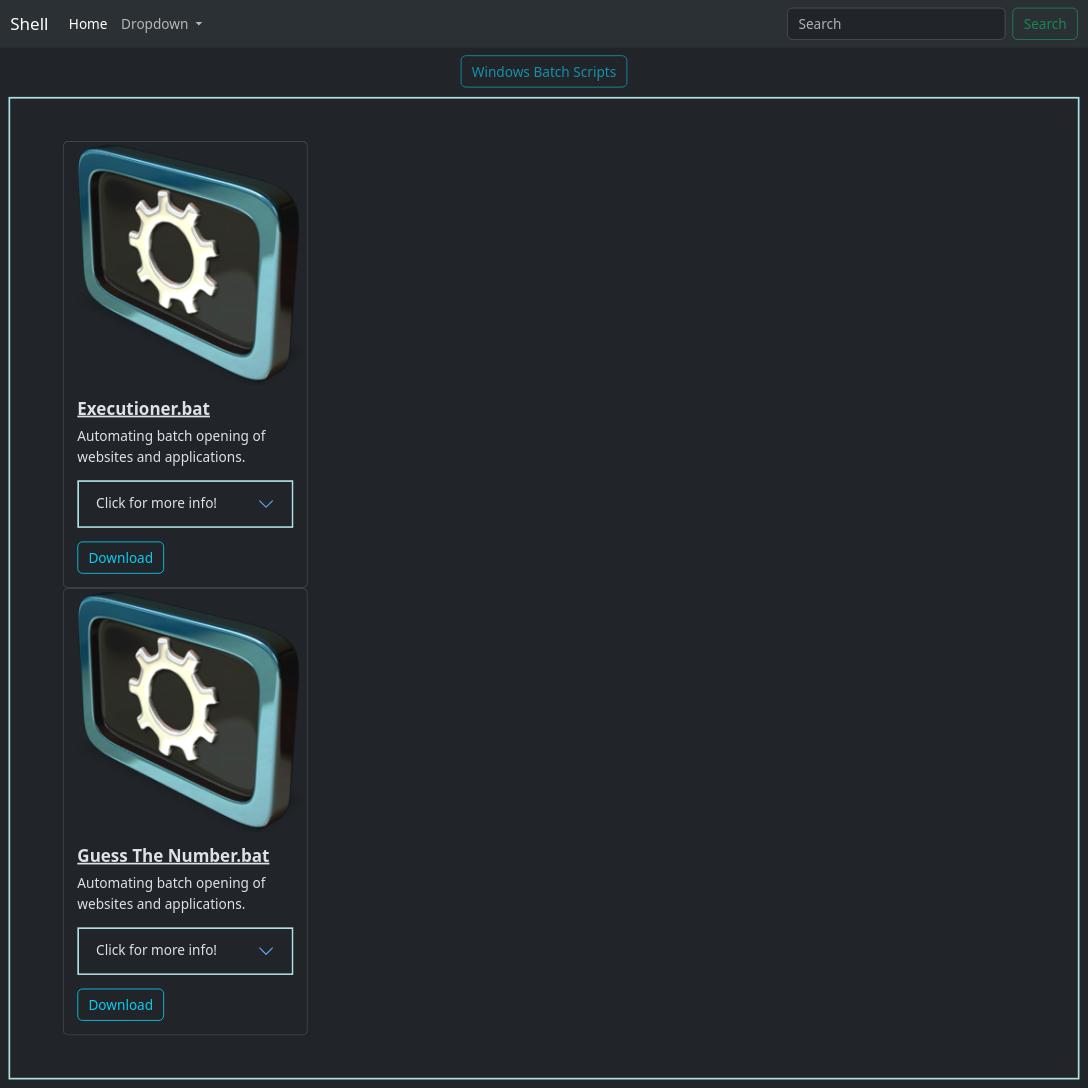
Repository: VictoriousMango/Archive
Page: index.html
The author's editor kept a copy of each file at every save. The page is drawn from the files as they stood at one save, then again after the next save.
The browser window is 1280 px wide. The pictures show the whole page, at 85% of full size.

Above is the page before, as saved 2024-10-05 19:51:10.

After the next save:
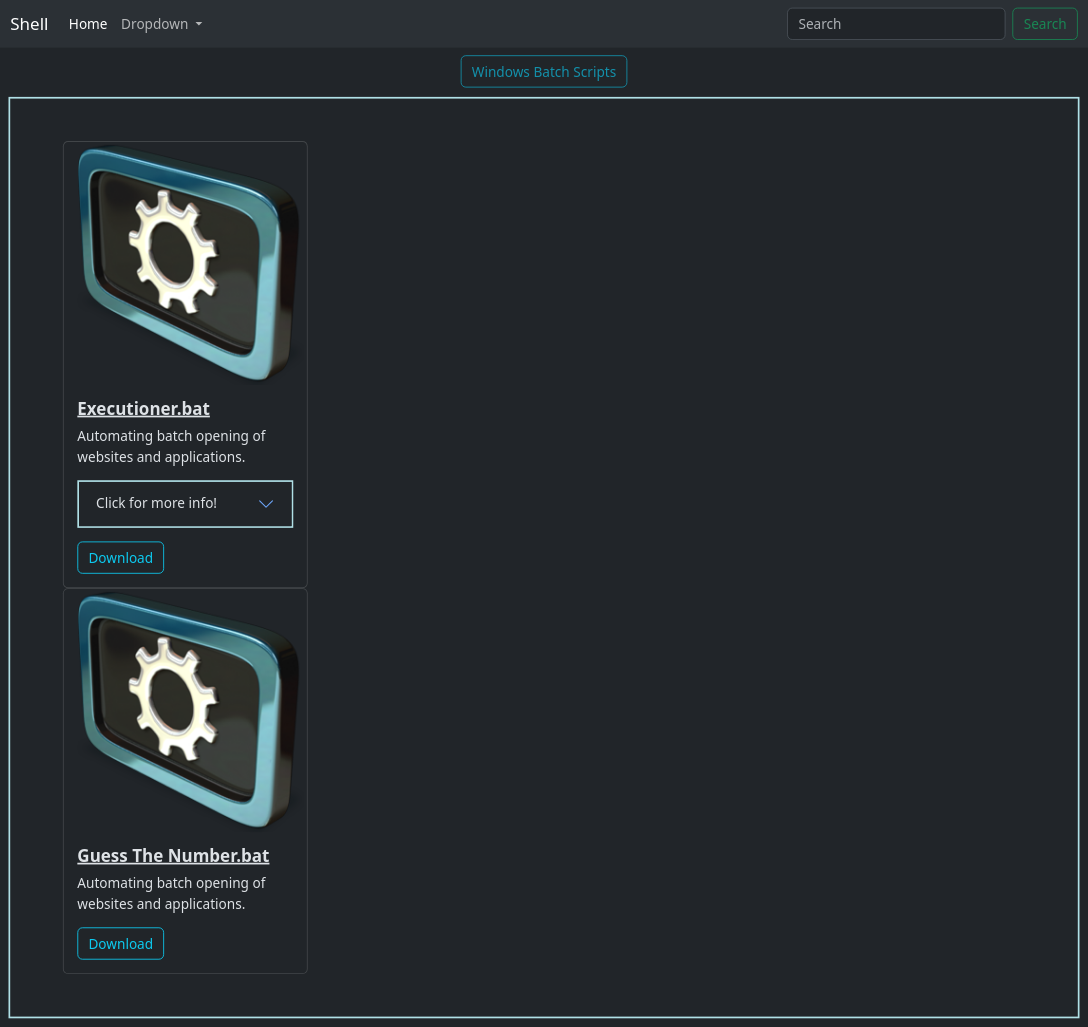
Saved 14 s later.
--- a/index.html
+++ b/index.html
@@ -78,23 +78,6 @@
                         <h5 class="card-title"><b><u>Guess The Number.bat</u></b></h5>
                         <p class="card-text">
                             Automating batch opening of websites and applications.
-                            <div class="accordion accordion-flush" id="accordionFlushExample">
-                                <div class="accordion-item" style="border: 2px solid powderblue;">
-                                  <h2 class="accordion-header">
-                                    <button class="accordion-button collapsed" type="button" data-bs-toggle="collapse" data-bs-target="#flush-collapseOne" aria-expanded="false" aria-controls="flush-collapseOne">
-                                      Click for more info!
-                                    </button>
-                                  </h2>
-                                  <div id="flush-collapseOne" class="accordion-collapse collapse" data-bs-parent="#accordionFlushExample">
-                                    <div class="accordion-body">
-                                        <ul>
-                                            <li>It will store different links in some sort of groups defined and structured by you.</li>
-                                            <li>After creating groups, you can use this application to open multiple websites and applications in a batch simultaneously.</li>
-                                            <li>This can be used as a productivity tool, for automating opening of few applications by entering just the name of group.</li>
-                                        </ul>
-                                    </div>
-                                  </div>
-                                </div>
                         </p>
                         <a href="Projects\Windows-Batch-file\Guess The Number.bat" class="btn btn-outline-info" download>Download</a>
                     </div>
